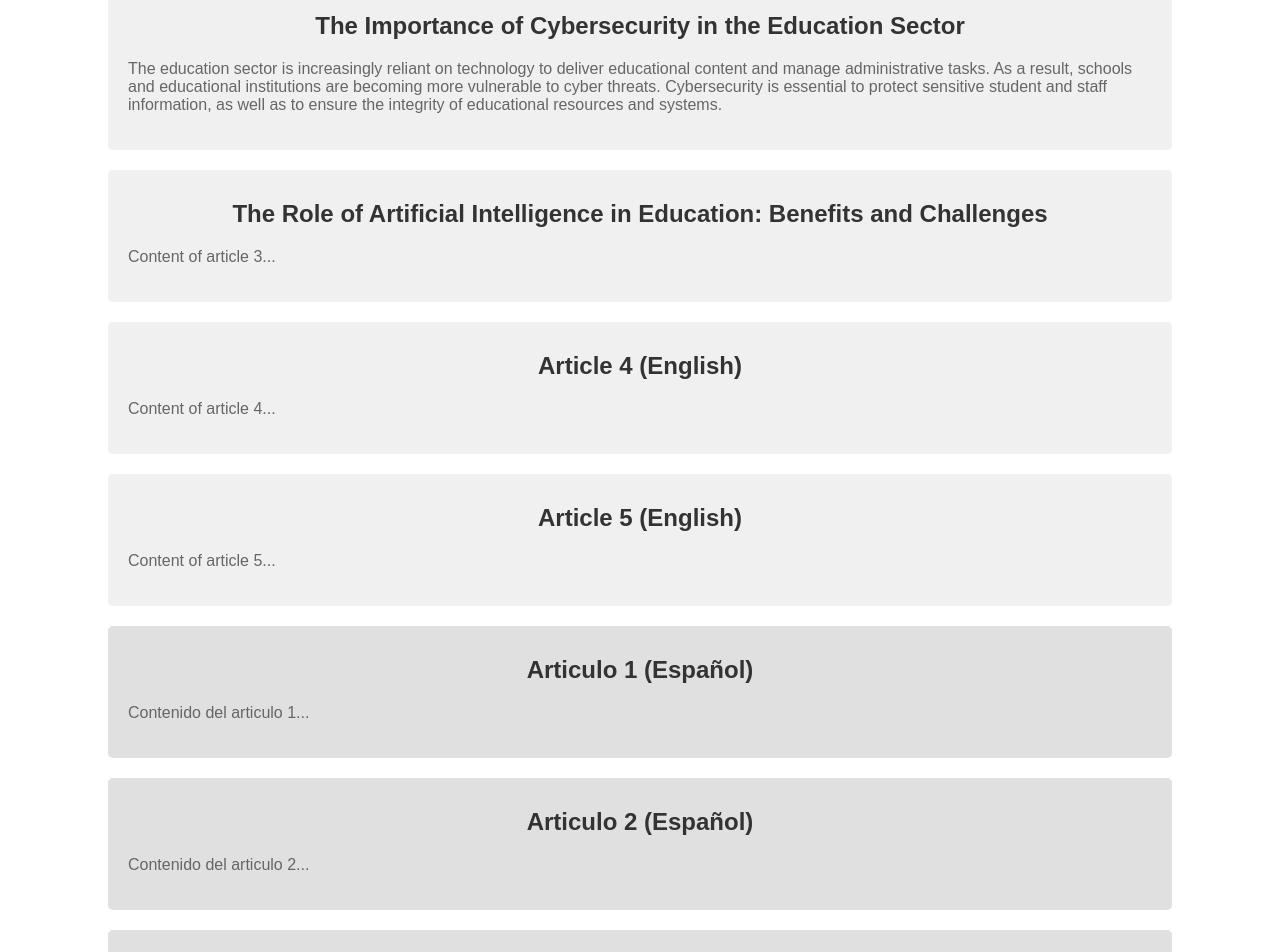
Repository: ByteFros/ramon
Page: ejercicio.html
The author's editor kept a copy of each file at every save. The page is drawn from the files as they stood at one save, then again after the next save.
The browser window is 1280 px wide. The pictures show the part of the page from y = 332 to 1284 px (the page is 1807 px tall before and 1843 px after).
A picture or video elsewhere on the page could not be fetched, so the positions and the page height are approximate.

Above is the page before, as saved 2024-02-06 19:16:37.

### ejercicio.html
<!DOCTYPE html>
<html lang="en">
  <head>
    <meta charset="UTF-8" />
    <meta name="viewport" content="width=device-width, initial-scale=1.0" />
    <link rel="stylesheet" href="style.css" />
    <title>Document</title>
  </head>
  <body>
    <h1>Noticias Educativas</h1>
    <h2>Vision General</h2>

    <!-- English Articles -->
    <article class="english-article">
      <h2>Dns Over Https (DoH) Protocol: What It Is and How It Works</h2>
      <p>
        In an effort to strengthen online privacy and security, major Internet
        service providers and technology companies have adopted the DNS Over
        HTTPS (DoH) protocol as a measure to protect user information during web
        browsing. The DNS, or Domain Name System, acts as the directory of the
        Internet, translating human-readable domain names into machine-readable
        IP addresses
      </p>
    </article>

    <article class="english-article">
      <h2>The Importance of Cybersecurity in the Education Sector</h2>
      <p>
        The education sector is increasingly reliant on technology to deliver
        educational content and manage administrative tasks. As a result,
        schools and educational institutions are becoming more vulnerable to
        cyber threats. Cybersecurity is essential to protect sensitive student
        and staff information, as well as to ensure the integrity of educational
        resources and systems.
      </p>
    </article>

    <article class="english-article">
      <h2>
        The Role of Artificial Intelligence in Education: Benefits and
        Challenges
      </h2>
      <p>Content of article 3...</p>
    </article>

    <article class="english-article">
      <h2>Article 4 (English)</h2>
      <p>Content of article 4...</p>
    </article>

    <article class="english-article">
      <h2>Article 5 (English)</h2>
      <p>Content of article 5...</p>
    </article>
    <!-- articulos en español -->
    <article class="spanish-article">
      <h2>Articulo 1 (Español)</h2>
      <p>Contenido del articulo 1...</p>
    </article>

    <article class="spanish-article">
      <h2>Articulo 2 (Español)</h2>
      <p>Contenido del articulo 2...</p>
    </article>

    <article class="spanish-article">
      <h2>Articulo 3 (Español)</h2>
      <p>Contenido del articulo 3...</p>
    </article>

    <article class="spanish-article">
      <h2>Articulo 4 (Español)</h2>
      <p>Contenido del articulo 4...</p>
    </article>

    <article class="spanish-article">
      <h2>Articulo 5 (Español)</h2>
      <p>Contenido del articulo 5...</p>
    </article>

    <!-- RSS Feed -->
    <div>
      <a href="rss_feed.xml">
        <img src="logo.png" alt="RSS Feed Logo" />
      </a>
    </div>
  </body>
</html>

### style.css
/* Estilo para el cuerpo del documento */
body {
    font-family: Arial, sans-serif;
    margin: 0;
    padding: 0;
}

/* Estilo para el título principal */
h1 {
    text-align: center;
    margin-top: 20px;
}

/* Estilo para el subtítulo */
h2 {
    text-align: center;
    margin-top: 10px;
}

/* Estilo para los artículos en inglés */
.english-article {
    background-color: #f0f0f0;
    padding: 20px;
    margin: 20px auto;
    border-radius: 5px;
    width: 80%;
}

/* Estilo para los artículos en español */
.spanish-article {
    background-color: #e0e0e0;
    padding: 20px;
    margin: 20px auto;
    border-radius: 5px;
    width: 80%;
}

/* Estilo para los títulos de los artículos */
h2 {
    color: #333;
}

/* Estilo para los párrafos de los artículos */
p {
    color: #666;
}

/* Estilo para el contenedor del feed RSS */
div {
    text-align: center;
    margin-top: 30px;
}

/* Estilo para el logo del feed RSS */
div img {
    width: 100px;
    height: auto;
}

After the next save:
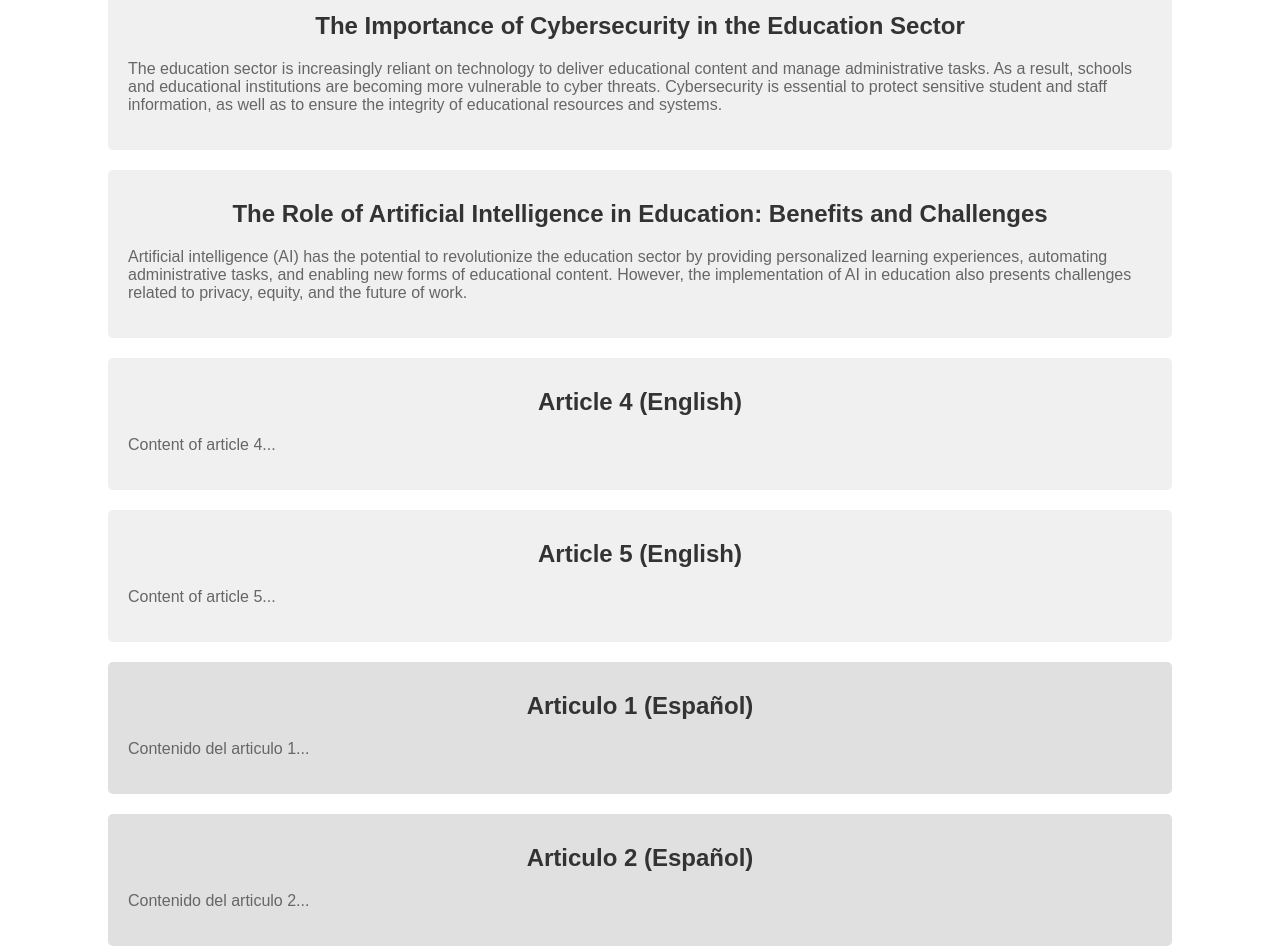
Saved 7 s later.
--- a/ejercicio.html
+++ b/ejercicio.html
@@ -40,7 +40,13 @@
         The Role of Artificial Intelligence in Education: Benefits and
         Challenges
       </h2>
-      <p>Content of article 3...</p>
+      <p>
+        Artificial intelligence (AI) has the potential to revolutionize the
+        education sector by providing personalized learning experiences,
+        automating administrative tasks, and enabling new forms of educational
+        content. However, the implementation of AI in education also presents
+        challenges related to privacy, equity, and the future of work.
+      </p>
     </article>
 
     <article class="english-article">
